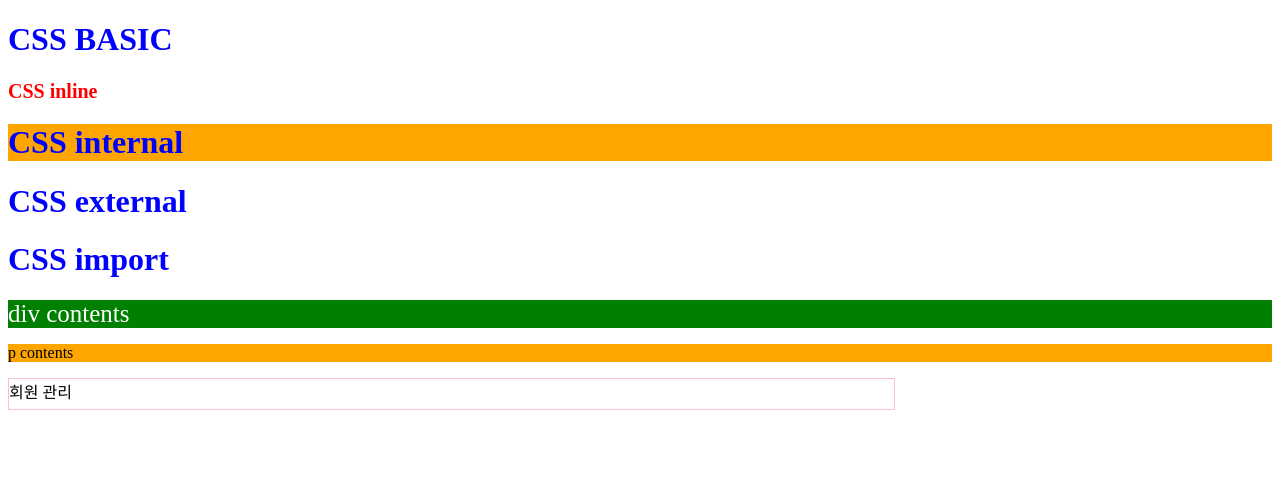
Repository: jelly02/workspace_web
Page: 04.css_basic/src/main/webapp/index.html
An editor plug-in stored every save of this project. The page is shown before and after the next save, followed by the edit.
The browser window is 1280 px wide. The pictures show the whole page.

Above is the page before, as saved 2021-06-28 01:31:46.

After the next save:
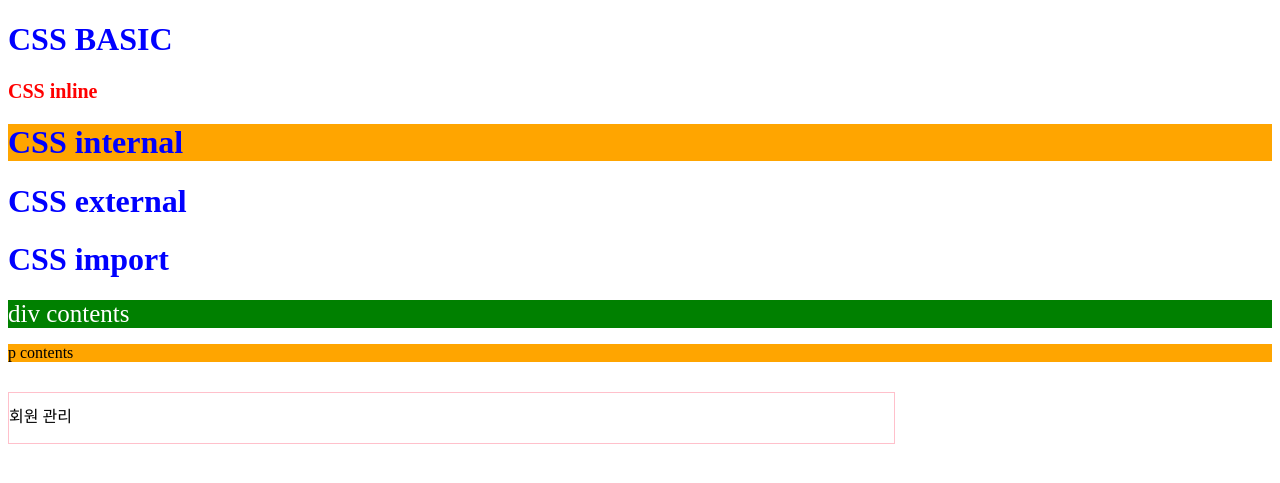
Saved 3 min 2 s later.
--- a/04.css_basic/src/main/webapp/index.html
+++ b/04.css_basic/src/main/webapp/index.html
@@ -10,7 +10,7 @@
 		h1 {color : blue;}
 		.common {background-color: orange;}
 		div.common {background-color: green; font-size : 25px; color: white; }
-		#div_title { border : solid 1px pink; width:70%; height:30px;}
+		#div_title { border : solid 1px pink; width:70%; height:30px; padding:10px 0; margin-top: 30px;}
 
 		</style>
 
